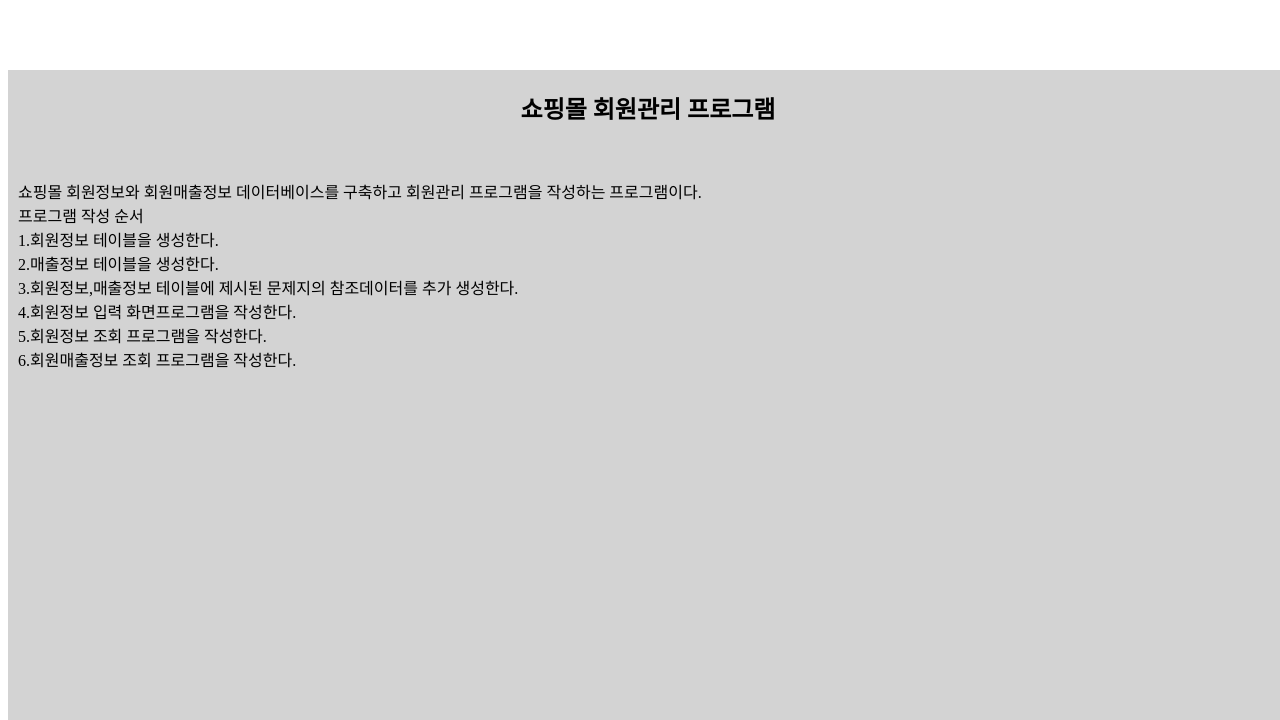
Repository: GotChun/license_practice
Page: http://localhost/HRD_8155/
The author's editor kept a copy of each file at every save. The page is drawn from the files as they stood at one save, then again after the next save.
The browser window is 1280 px wide. The pictures show the whole page.
The page is served by Tomcat 9.

Above is the page before, as saved 2025-02-18 14:34:07.

After the next save:
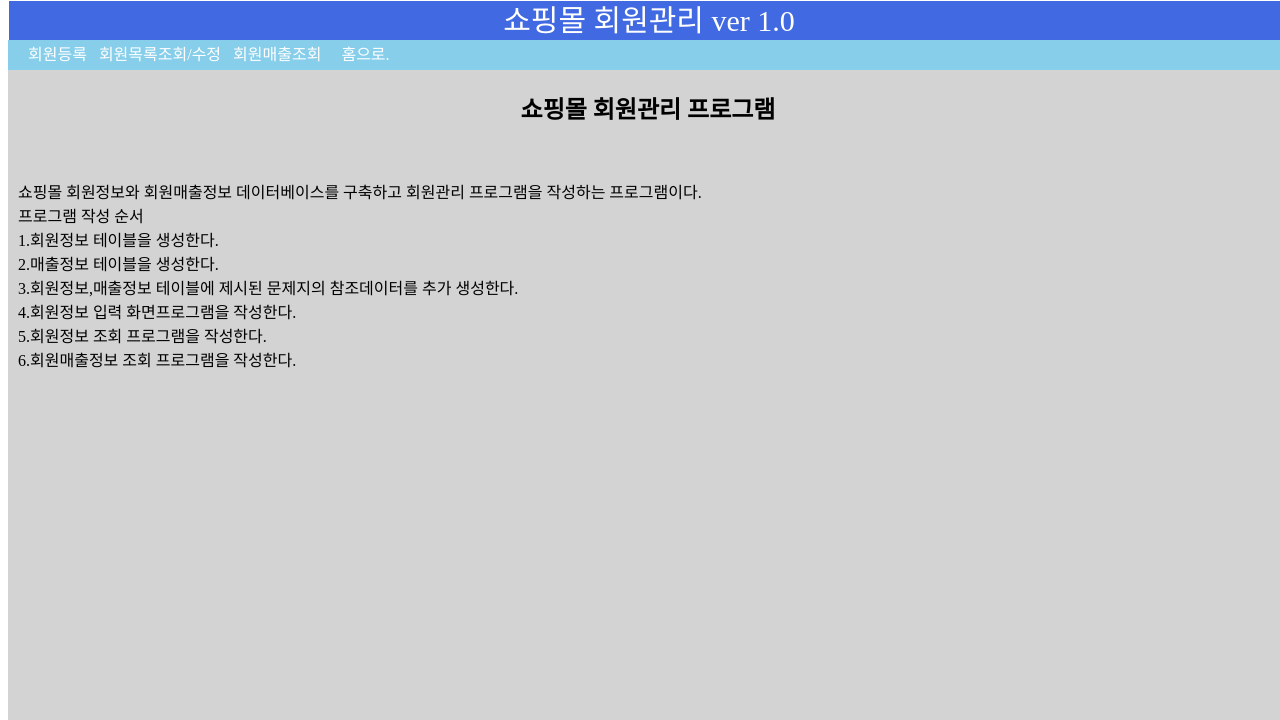
Saved 35 s later.
--- a/HRD_8155/src/main/webapp/index.jsp
+++ b/HRD_8155/src/main/webapp/index.jsp
@@ -7,6 +7,7 @@
 <title>index</title>
 </head>
 <body>
+	<jsp:include page="header.jsp"></jsp:include>"
 
 	 <section style="position:fixed; top:70px; width:100%; height:100%;
 	 background-color:lightgray; ">
